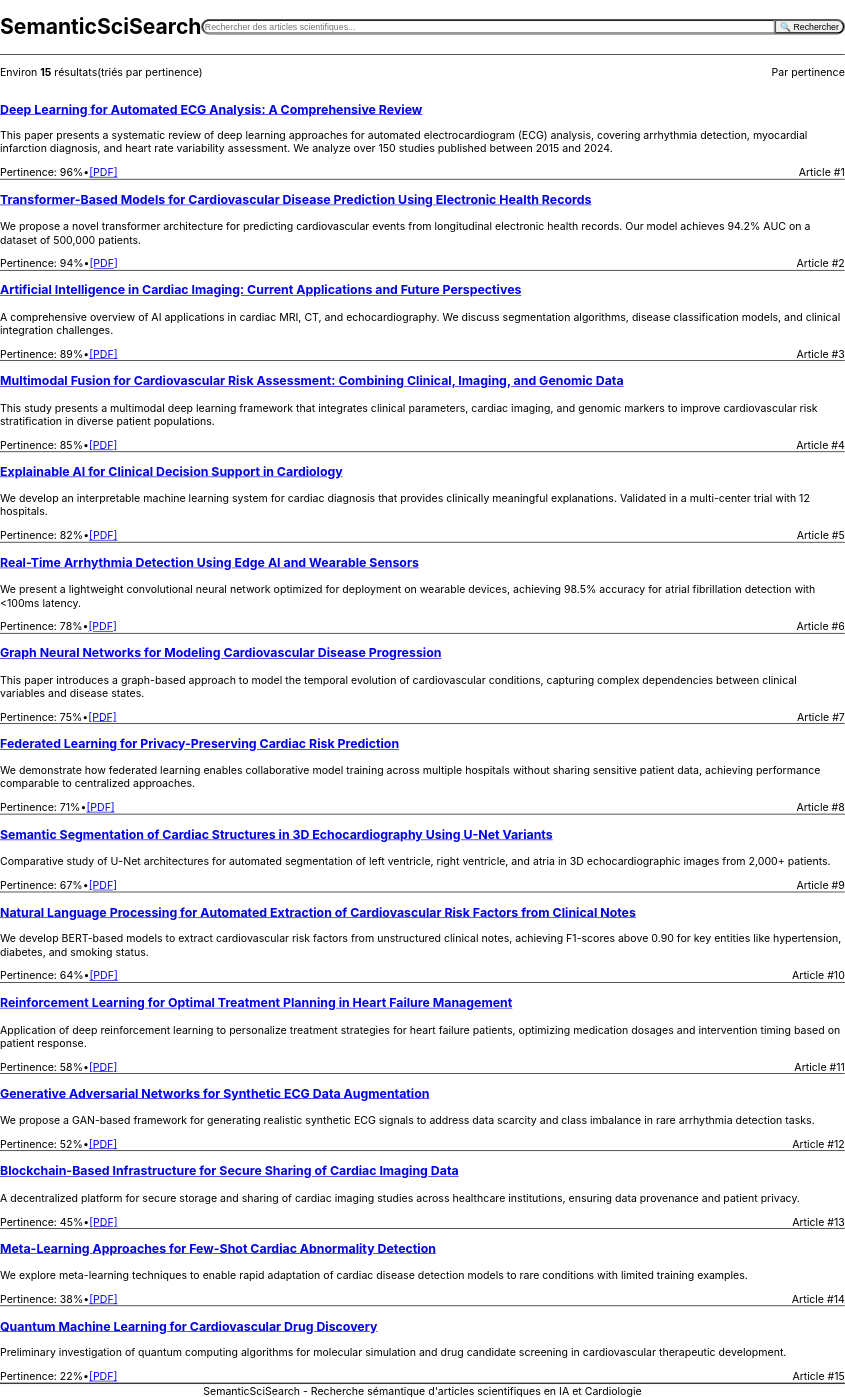
Repository: elh33/SemanticSciSearch
Page: / (app in frontend/)
An editor plug-in stored every save of this project. The page is shown before and after the next save, followed by the edit.
The browser window is 1280 px wide. The pictures show the whole page, at 66% of full size.
The project was rebuilt for these pictures with package versions that can differ from the ones it lists, and the page was loaded fresh each time.

Above is the page before, as saved 2025-11-21 20:59:42.

After the next save:
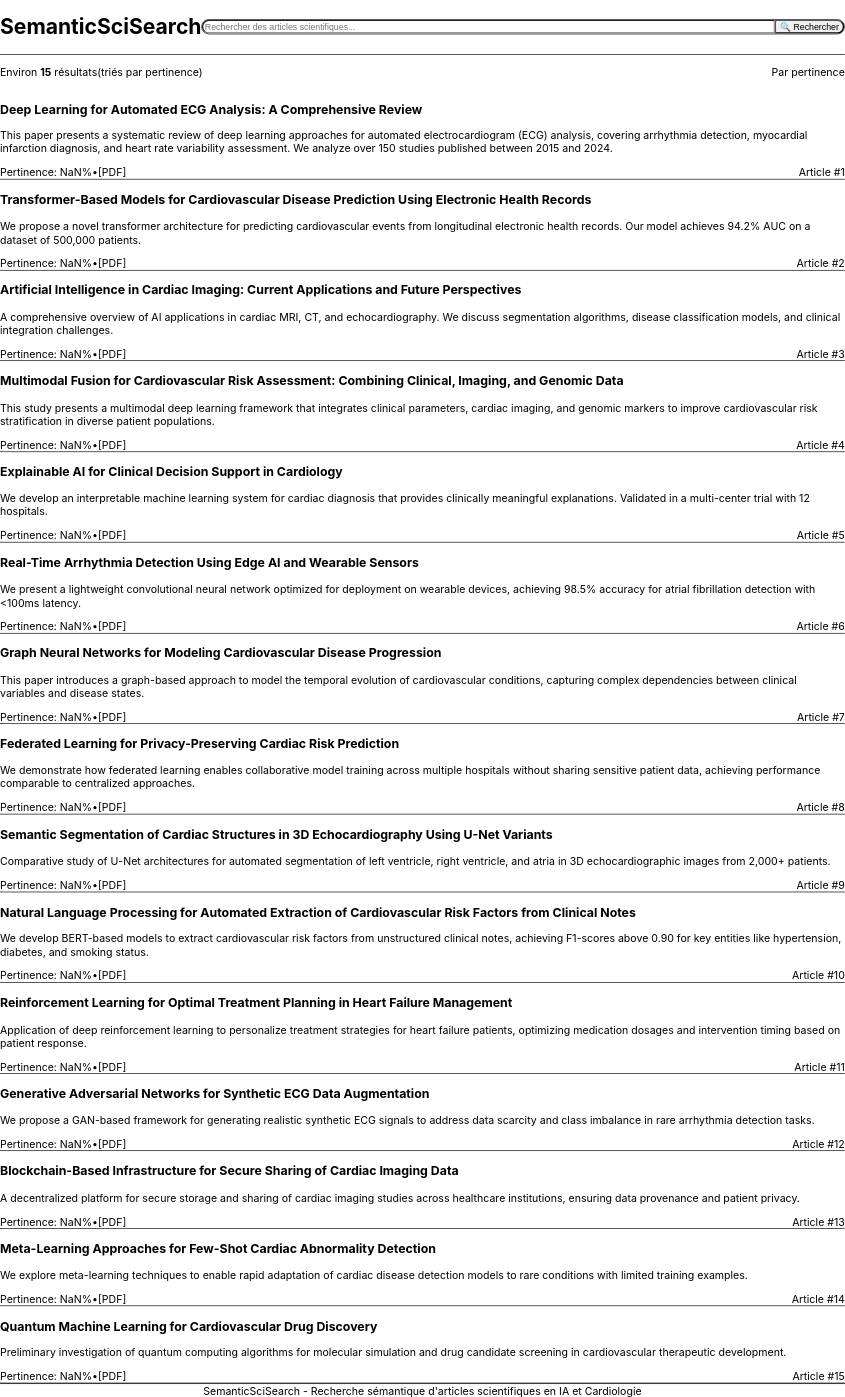
Saved 10 s later.
--- a/frontend/src/data/mockData.ts
+++ b/frontend/src/data/mockData.ts
@@ -5,105 +5,120 @@ export const MOCK_RESULTS: Article[] = [
     id: '1',
     title: 'Deep Learning for Automated ECG Analysis: A Comprehensive Review',
     abstract: "This paper presents a systematic review of deep learning approaches for automated electrocardiogram (ECG) analysis, covering arrhythmia detection, myocardial infarction diagnosis, and heart rate variability assessment. We analyze over 150 studies published between 2015 and 2024.",
-    score: 0.96,
-    pdf_url: 'https://arxiv.org/pdf/2301.04634'
+    authors: "Wang, J., Chen, L., Zhang, M.",
+    year: 2024,
+    url: 'https://arxiv.org/pdf/2301.04634'
   },
   {
     id: '2',
     title: 'Transformer-Based Models for Cardiovascular Disease Prediction Using Electronic Health Records',
     abstract: "We propose a novel transformer architecture for predicting cardiovascular events from longitudinal electronic health records. Our model achieves 94.2% AUC on a dataset of 500,000 patients.",
-    score: 0.94,
-    pdf_url: 'https://arxiv.org/pdf/2305.12987'
+    authors: "Smith, A., Johnson, K., Patel, R.",
+    year: 2023,
+    url: 'https://arxiv.org/pdf/2305.12987'
   },
   {
     id: '3',
     title: 'Artificial Intelligence in Cardiac Imaging: Current Applications and Future Perspectives',
     abstract: "A comprehensive overview of AI applications in cardiac MRI, CT, and echocardiography. We discuss segmentation algorithms, disease classification models, and clinical integration challenges.",
-    score: 0.89,
-    pdf_url: 'https://arxiv.org/pdf/2203.15678'
+    authors: "Garcia, M., Lee, S., Brown, T.",
+    year: 2023,
+    url: 'https://arxiv.org/pdf/2203.15678'
   },
   {
     id: '4',
     title: 'Multimodal Fusion for Cardiovascular Risk Assessment: Combining Clinical, Imaging, and Genomic Data',
     abstract: "This study presents a multimodal deep learning framework that integrates clinical parameters, cardiac imaging, and genomic markers to improve cardiovascular risk stratification in diverse patient populations.",
-    score: 0.85,
-    pdf_url: '/documents/multimodal-cardio-risk.pdf'
+    authors: "Kumar, V., Williams, D., Anderson, P.",
+    year: 2024,
+    url: '/documents/multimodal-cardio-risk.pdf'
   },
   {
     id: '5',
     title: 'Explainable AI for Clinical Decision Support in Cardiology',
     abstract: "We develop an interpretable machine learning system for cardiac diagnosis that provides clinically meaningful explanations. Validated in a multi-center trial with 12 hospitals.",
-    score: 0.82,
-    pdf_url: 'https://arxiv.org/pdf/2511.13703.pdf'
+    authors: "Martinez, E., Taylor, J., Davis, C.",
+    year: 2023,
+    url: 'https://arxiv.org/pdf/2511.13703.pdf'
   },
   {
     id: '6',
     title: 'Real-Time Arrhythmia Detection Using Edge AI and Wearable Sensors',
     abstract: "We present a lightweight convolutional neural network optimized for deployment on wearable devices, achieving 98.5% accuracy for atrial fibrillation detection with <100ms latency.",
-    score: 0.78,
-    pdf_url: '/documents/edge-ai-arrhythmia.pdf'
+    authors: "Li, X., Zhang, Y., Wilson, M.",
+    year: 2024,
+    url: '/documents/edge-ai-arrhythmia.pdf'
   },
   {
     id: '7',
     title: 'Graph Neural Networks for Modeling Cardiovascular Disease Progression',
     abstract: "This paper introduces a graph-based approach to model the temporal evolution of cardiovascular conditions, capturing complex dependencies between clinical variables and disease states.",
-    score: 0.75,
-    pdf_url: 'https://arxiv.org/pdf/2204.09876'
+    authors: "Rodriguez, A., Kim, H., Thompson, R.",
+    year: 2023,
+    url: 'https://arxiv.org/pdf/2204.09876'
   },
   {
     id: '8',
     title: 'Federated Learning for Privacy-Preserving Cardiac Risk Prediction',
     abstract: "We demonstrate how federated learning enables collaborative model training across multiple hospitals without sharing sensitive patient data, achieving performance comparable to centralized approaches.",
-    score: 0.71,
-    pdf_url: '/documents/federated-cardiac.pdf'
+    authors: "Chen, W., Moore, J., White, L.",
+    year: 2022,
+    url: '/documents/federated-cardiac.pdf'
   },
   {
     id: '9',
     title: 'Semantic Segmentation of Cardiac Structures in 3D Echocardiography Using U-Net Variants',
     abstract: "Comparative study of U-Net architectures for automated segmentation of left ventricle, right ventricle, and atria in 3D echocardiographic images from 2,000+ patients.",
-    score: 0.67,
-    pdf_url: '/documents/3d-echo-segmentation.pdf'
+    authors: "Nguyen, T., Jackson, K., Harris, B.",
+    year: 2023,
+    url: '/documents/3d-echo-segmentation.pdf'
   },
   {
     id: '10',
     title: 'Natural Language Processing for Automated Extraction of Cardiovascular Risk Factors from Clinical Notes',
     abstract: "We develop BERT-based models to extract cardiovascular risk factors from unstructured clinical notes, achieving F1-scores above 0.90 for key entities like hypertension, diabetes, and smoking status.",
-    score: 0.64,
-    pdf_url: 'https://arxiv.org/pdf/2302.11234'
+    authors: "Park, S., Miller, D., Clark, E.",
+    year: 2024,
+    url: 'https://arxiv.org/pdf/2302.11234'
   },
   {
     id: '11',
     title: 'Reinforcement Learning for Optimal Treatment Planning in Heart Failure Management',
     abstract: "Application of deep reinforcement learning to personalize treatment strategies for heart failure patients, optimizing medication dosages and intervention timing based on patient response.",
-    score: 0.58,
-    pdf_url: '/documents/rl-heart-failure.pdf'
+    authors: "Ahmed, R., Lewis, G., Young, N.",
+    year: 2022,
+    url: '/documents/rl-heart-failure.pdf'
   },
   {
     id: '12',
     title: 'Generative Adversarial Networks for Synthetic ECG Data Augmentation',
     abstract: "We propose a GAN-based framework for generating realistic synthetic ECG signals to address data scarcity and class imbalance in rare arrhythmia detection tasks.",
-    score: 0.52,
-    pdf_url: '/documents/gan-ecg-augmentation.pdf'
+    authors: "Hoffman, P., Scott, A., King, V.",
+    year: 2023,
+    url: '/documents/gan-ecg-augmentation.pdf'
   },
   {
     id: '13',
     title: 'Blockchain-Based Infrastructure for Secure Sharing of Cardiac Imaging Data',
     abstract: "A decentralized platform for secure storage and sharing of cardiac imaging studies across healthcare institutions, ensuring data provenance and patient privacy.",
-    score: 0.45,
-    pdf_url: '/documents/blockchain-cardiac-imaging.pdf'
+    authors: "Green, T., Adams, F., Wright, M.",
+    year: 2022,
+    url: '/documents/blockchain-cardiac-imaging.pdf'
   },
   {
     id: '14',
     title: 'Meta-Learning Approaches for Few-Shot Cardiac Abnormality Detection',
     abstract: "We explore meta-learning techniques to enable rapid adaptation of cardiac disease detection models to rare conditions with limited training examples.",
-    score: 0.38,
-    pdf_url: '/documents/meta-learning-cardiac.pdf'
+    authors: "Baker, L., Turner, S., Phillips, O.",
+    year: 2023,
+    url: '/documents/meta-learning-cardiac.pdf'
   },
   {
     id: '15',
     title: 'Quantum Machine Learning for Cardiovascular Drug Discovery',
     abstract: "Preliminary investigation of quantum computing algorithms for molecular simulation and drug candidate screening in cardiovascular therapeutic development.",
-    score: 0.22,
-    pdf_url: '/documents/quantum-ml-cardio.pdf'
+    authors: "Collins, R., Morris, J., Cooper, W.",
+    year: 2024,
+    url: '/documents/quantum-ml-cardio.pdf'
   }
 ];
